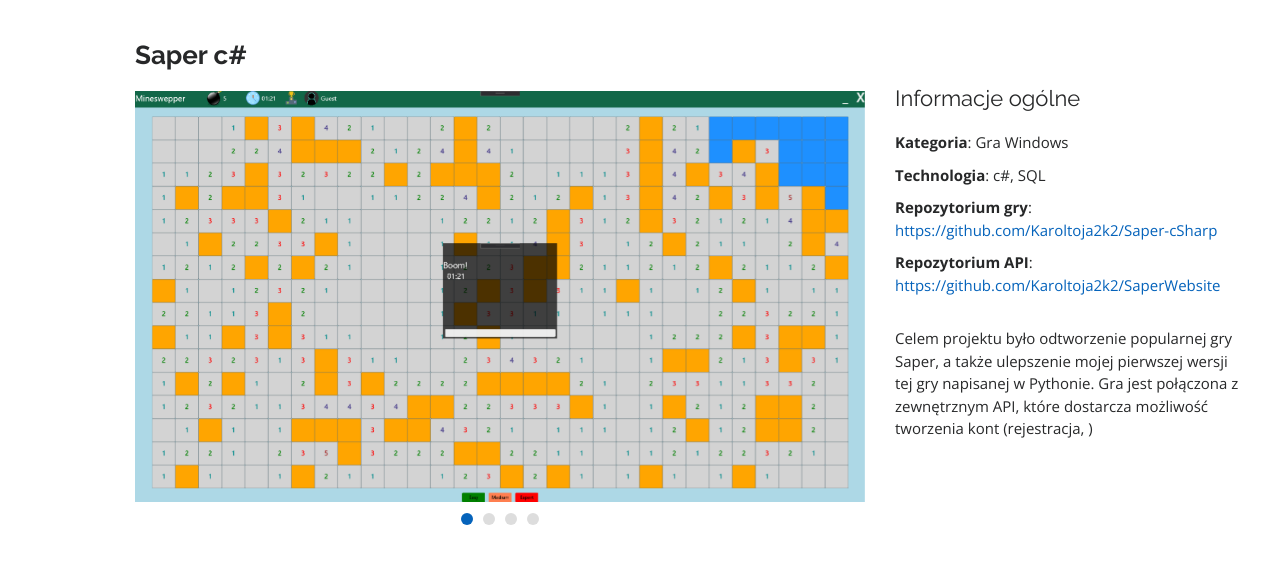
Repository: Karoltoja2k2/MyResume
Page: mineswepperC#-details.html
The author's editor kept a copy of each file at every save. The page is drawn from the files as they stood at one save, then again after a run of saves.
The browser window is 1280 px wide. The pictures show the whole page.
Pictures or frames that could not be fetched are drawn as grey boxes.

Above is the page before, as saved 2020-06-21 14:51:52.

After the next 2 saves:
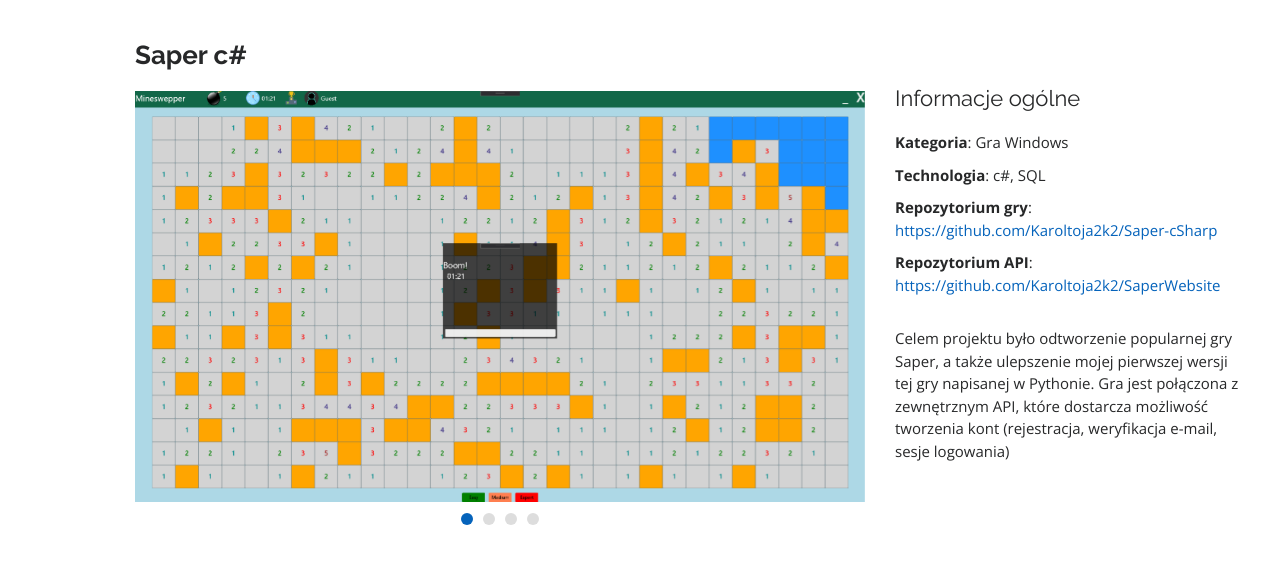
The 2 saves are shown as one change because they came seconds apart.
The last was saved 8 s later.
--- a/mineswepperC#-details.html
+++ b/mineswepperC#-details.html
@@ -68,7 +68,7 @@
 
             <p>
               Celem projektu było odtworzenie popularnej gry Saper, a także ulepszenie mojej pierwszej wersji tej gry napisanej w Pythonie.
-              Gra jest połączona z zewnętrznym API, które dostarcza możliwość tworzenia kont (rejestracja, )
+              Gra jest połączona z zewnętrznym API, które dostarcza możliwość tworzenia kont (rejestracja, weryfikacja e-mail, sesje logowania)
             </p>
           </div>
 
